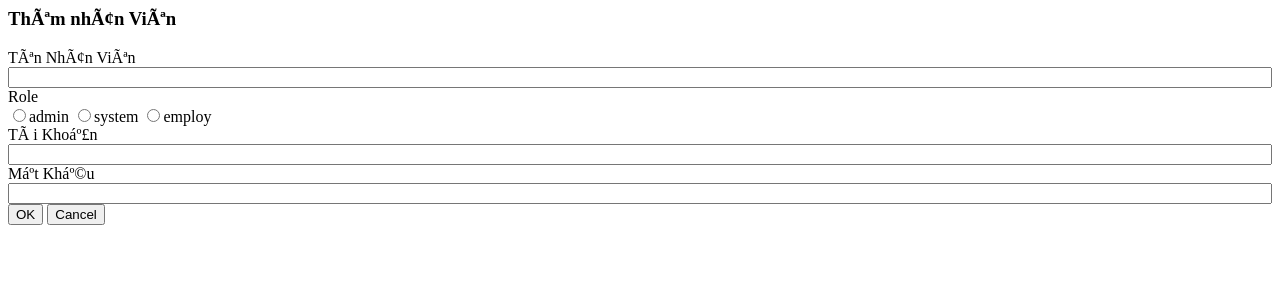
Repository: chickenoken/LuanAn
Page: http://localhost/net/quanLyNhanVienControl
The author's editor kept a copy of each file at every save. The page is drawn from the files as they stood at one save, then again after the next save.
The browser window is 1280 px wide. The pictures show the whole page.
The page is served by Tomcat 9.

Above is the page before, as saved 2019-06-17 09:49:35.

After the next save:
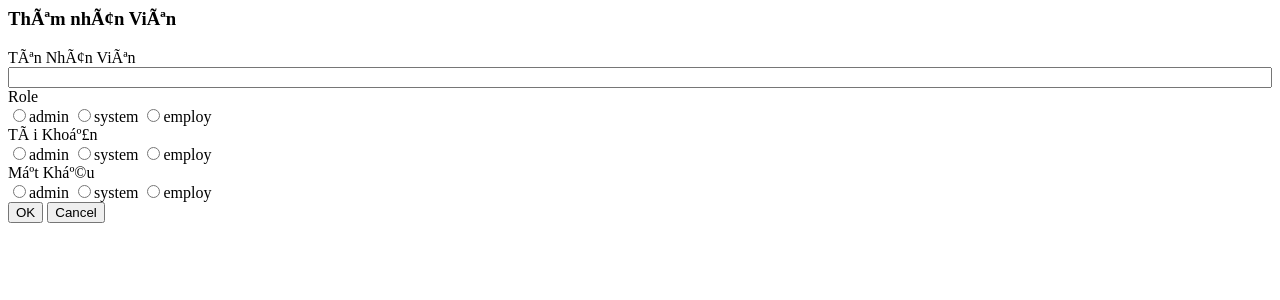
Saved 24 s later.
--- a/net/src/main/webapp/WEB-INF/pages/quanLyNhanVienControl.jsp
+++ b/net/src/main/webapp/WEB-INF/pages/quanLyNhanVienControl.jsp
@@ -12,7 +12,7 @@
     <div class="form-group">
       <div class="col-md-4"><span>Role</span></div>
       <div class="col-md-8">
-        <div class="radio">
+        <div class="radio" ng-model="model.form.control.role">
           <label class="col-md-4"><input type="radio" name="role" value="admin">admin</label>
           <label class="col-md-4"><input type="radio" name="role" value="system">system</label>
           <label class="col-md-4"><input type="radio" name="role" value="employ">employ</label>
@@ -24,7 +24,11 @@
     <div class="form-group">
       <div class="col-md-4"><span>Tài Khoản</span></div>
       <div class="col-md-8">
-        <div class="col-md-8"><input type="text" ng-model="model.form.control.tenNv" style="width : 100%"></div>
+        <div class="radio">
+          <label class="col-md-4"><input type="radio" name="role" value="admin">admin</label>
+          <label class="col-md-4"><input type="radio" name="role" value="system">system</label>
+          <label class="col-md-4"><input type="radio" name="role" value="employ">employ</label>
+        </div>
       </div>
     </div>
   </div>
@@ -32,7 +36,11 @@
     <div class="form-group">
       <div class="col-md-4"><span>Mật Khẩu</span></div>
       <div class="col-md-8">
-        <div class="col-md-8"><input type="text" ng-model="model.form.control.tenNv" style="width : 100%"></div>
+        <div class="radio">
+          <label class="col-md-4"><input type="radio" name="role" value="admin">admin</label>
+          <label class="col-md-4"><input type="radio" name="role" value="system">system</label>
+          <label class="col-md-4"><input type="radio" name="role" value="employ">employ</label>
+        </div>
       </div>
     </div>
   </div>
